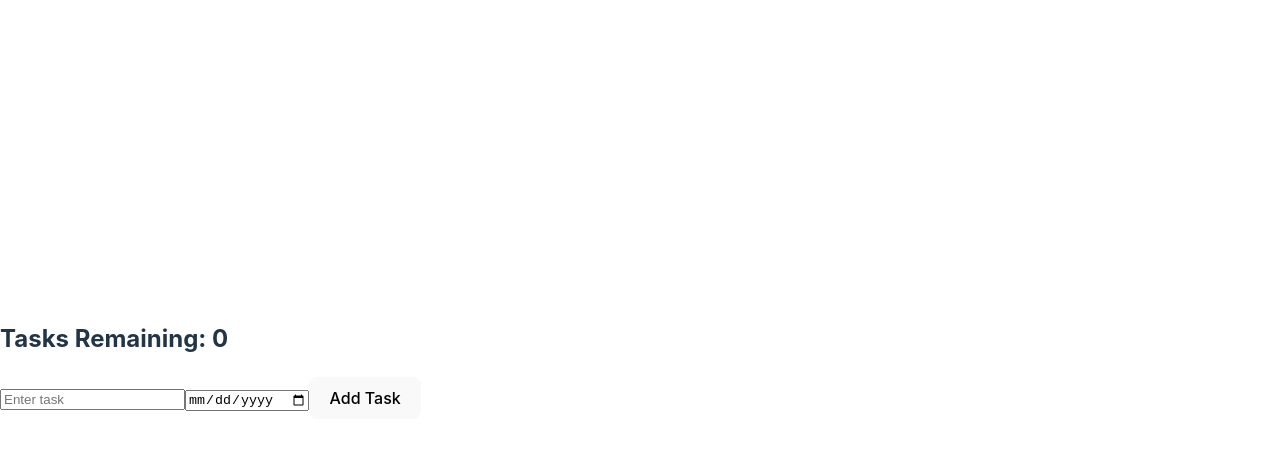
Repository: MelissaJacobi/frontend-assignment-4
Page: /
These files come from the project's save history. The page is drawn as it stood at one moment and after the next save; the edit follows.
The browser window is 1280 px wide. The pictures show the whole page.
The project was rebuilt for these pictures with package versions that can differ from the ones it lists, and the page was loaded fresh each time. Also part of the build but not shown: vite.config.js.

Above is the page before, as saved 2024-10-12 21:30:50.

### src/App.jsx
import React, { useState } from 'react';

function TaskList() {
    const [tasks, setTasks] = useState([]);
    const [taskInput, setTaskInput] = useState('');
    const [dueDateInput, setDueDateInput] = useState('');

    const addTask = () => {
        if (!taskInput.trim()) {
            alert("Please enter a task!");
            return;
        }

        const newTask = { task: taskInput.trim(), dueDate: dueDateInput, completed: false };
        setTasks(prevTasks => [...prevTasks, newTask].sort((a, b) => new Date(a.dueDate) - new Date(b.dueDate)));
        setTaskInput('');
        setDueDateInput('');
    };

    const deleteTask = (index) => {
        setTasks(prevTasks => prevTasks.filter((_, i) => i !== index));
    };

    const toggleCompletion = (index) => {
        setTasks(prevTasks => prevTasks.map((task, i) =>
            i === index ? { ...task, completed: !task.completed } : task
        ));
    };

    const remainingTasks = tasks.filter(task => !task.completed).length;

    return (
        <div className="task-list-container">
            <h2>Tasks Remaining: {remainingTasks}</h2>
            <input
                type="text"
                placeholder="Enter task"
                value={taskInput}
                onChange={(e) => setTaskInput(e.target.value)}
            />
            <input
                type="date"
                value={dueDateInput}
                onChange={(e) => setDueDateInput(e.target.value)}
            />
            <button onClick={addTask}>Add Task</button>

            <div id="taskList">
                {tasks.map((task, index) => (
                    <div key={index} className={`task ${task.completed ? 'completed' : ''}`}>
                        <input
                            type="checkbox"
                            checked={task.completed}
                            onChange={() => toggleCompletion(index)}
                        />
                        <span className="task-text">
                            {task.task}
                            <span className="due-date"> Due: {task.dueDate}</span>
                        </span>
                        <button onClick={() => deleteTask(index)} className="deleteButton">Delete</button>
                    </div>
                ))}
            </div>
        </div>
    );
}

export default TaskList;

Loaded but not shown: index.html (common file); src/main.jsx (common file); src/index.css (common file)

After the next save:
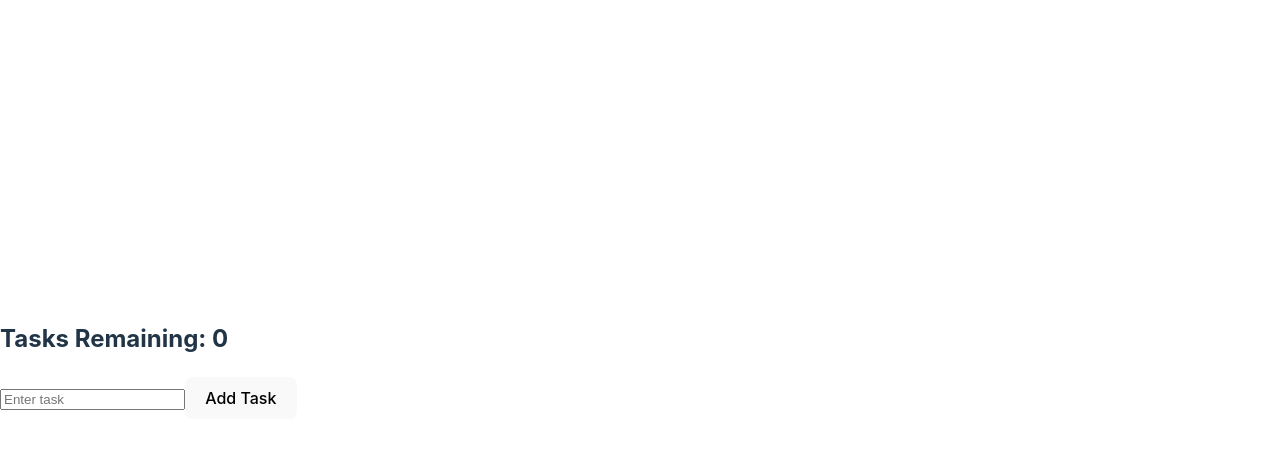
Saved 2 min 0 s later.
--- a/src/App.jsx
+++ b/src/App.jsx
@@ -11,10 +11,8 @@ function TaskList() {
             return;
         }
 
-        const newTask = { task: taskInput.trim(), dueDate: dueDateInput, completed: false };
-        setTasks(prevTasks => [...prevTasks, newTask].sort((a, b) => new Date(a.dueDate) - new Date(b.dueDate)));
+        const newTask = { task: taskInput.trim(), completed: false };
         setTaskInput('');
-        setDueDateInput('');
     };
 
     const deleteTask = (index) => {
@@ -38,11 +36,6 @@ function TaskList() {
                 value={taskInput}
                 onChange={(e) => setTaskInput(e.target.value)}
             />
-            <input
-                type="date"
-                value={dueDateInput}
-                onChange={(e) => setDueDateInput(e.target.value)}
-            />
             <button onClick={addTask}>Add Task</button>
 
             <div id="taskList">
@@ -55,7 +48,6 @@ function TaskList() {
                         />
                         <span className="task-text">
                             {task.task}
-                            <span className="due-date"> Due: {task.dueDate}</span>
                         </span>
                         <button onClick={() => deleteTask(index)} className="deleteButton">Delete</button>
                     </div>
